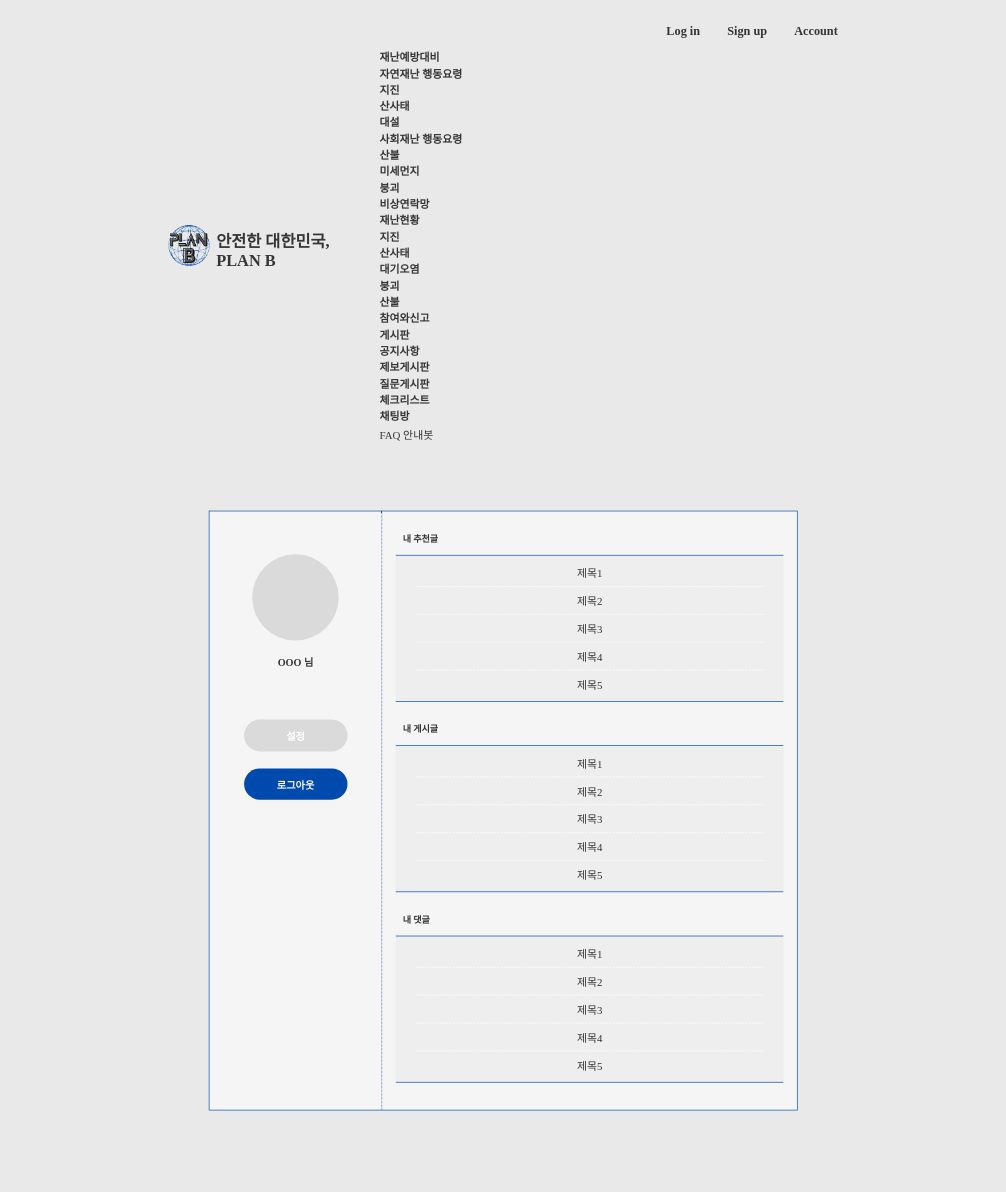
Repository: finalteam4/final
Page: http://localhost/member/account
The author's editor kept a copy of each file at every save. The page is drawn from the files as they stood at one save, then again after the next save.
The browser window is 1280 px wide. The page is 1480 px wide, so the pictures cover 1480 px, including what lies to the right of the window. The pictures show the whole page, at 68% of full size.
The page is this project's Thymeleaf template; nobody is signed in. The template is opened directly, without the code that normally fills it, so the values that code supplies are empty.

Above is the page before, as saved 2024-02-08 03:16:21.

After the next save:
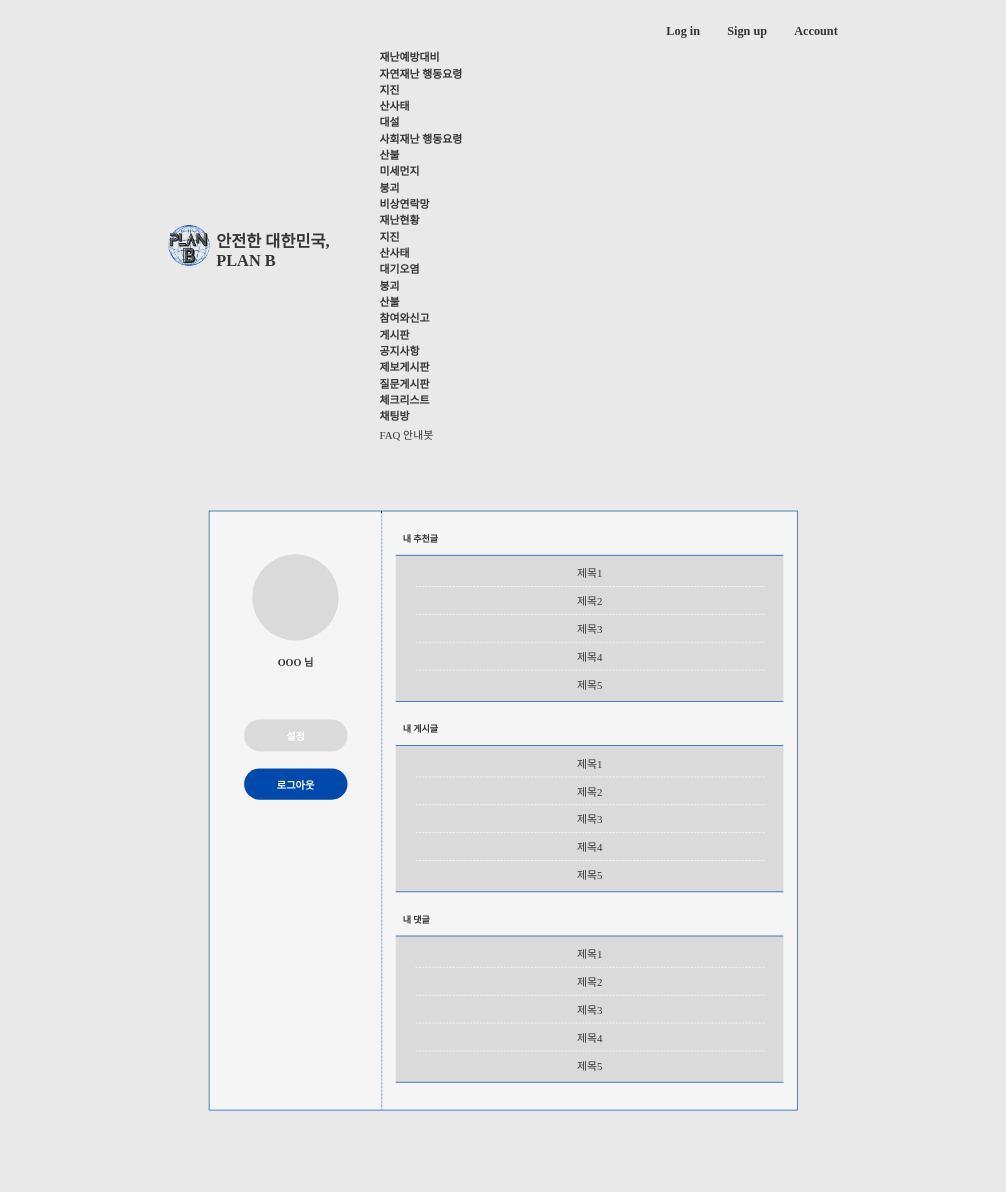
Saved 16 s later.
--- a/final/src/main/resources/static/css/style.css
+++ b/final/src/main/resources/static/css/style.css
@@ -242,7 +242,7 @@ ul li{list-style: none;}
     margin: 5px 0 20px 0;
     padding: 5px 0;
     width: 100%;
-    background-color: #eee;
+    background-color: #dadada;
     border-top: 1px solid #004aad;
     border-bottom: 1px solid #004aad;
     align-items: center;
